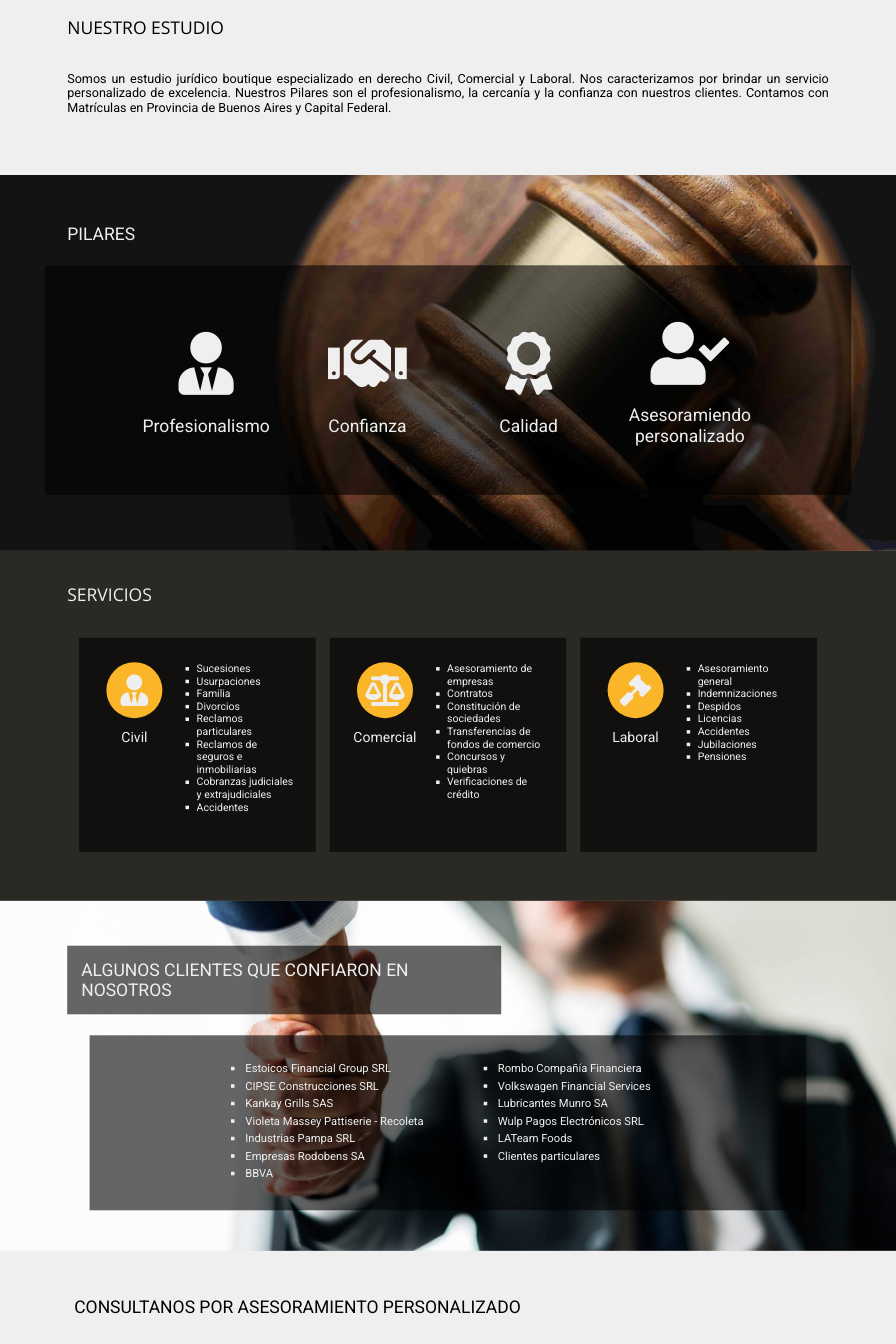
Repository: r-urchi/SML
Page: index.html
An editor plug-in stored every save of this project. The page is shown before and after a run of saves, followed by the edit.
The browser window is 1280 px wide. The pictures show the part of the page from y = 870 to 2790 px (the page is 3474 px tall before and 3446 px after), at 70% of full size.
Some web libraries are served in a nearby version. The style sheet was rebuilt from its Sass, Less or Tailwind sources for each picture, by a compiler version that may differ from the author's.

Above is the page before, as saved 2021-01-24 11:47:45.

After the next 2 saves:
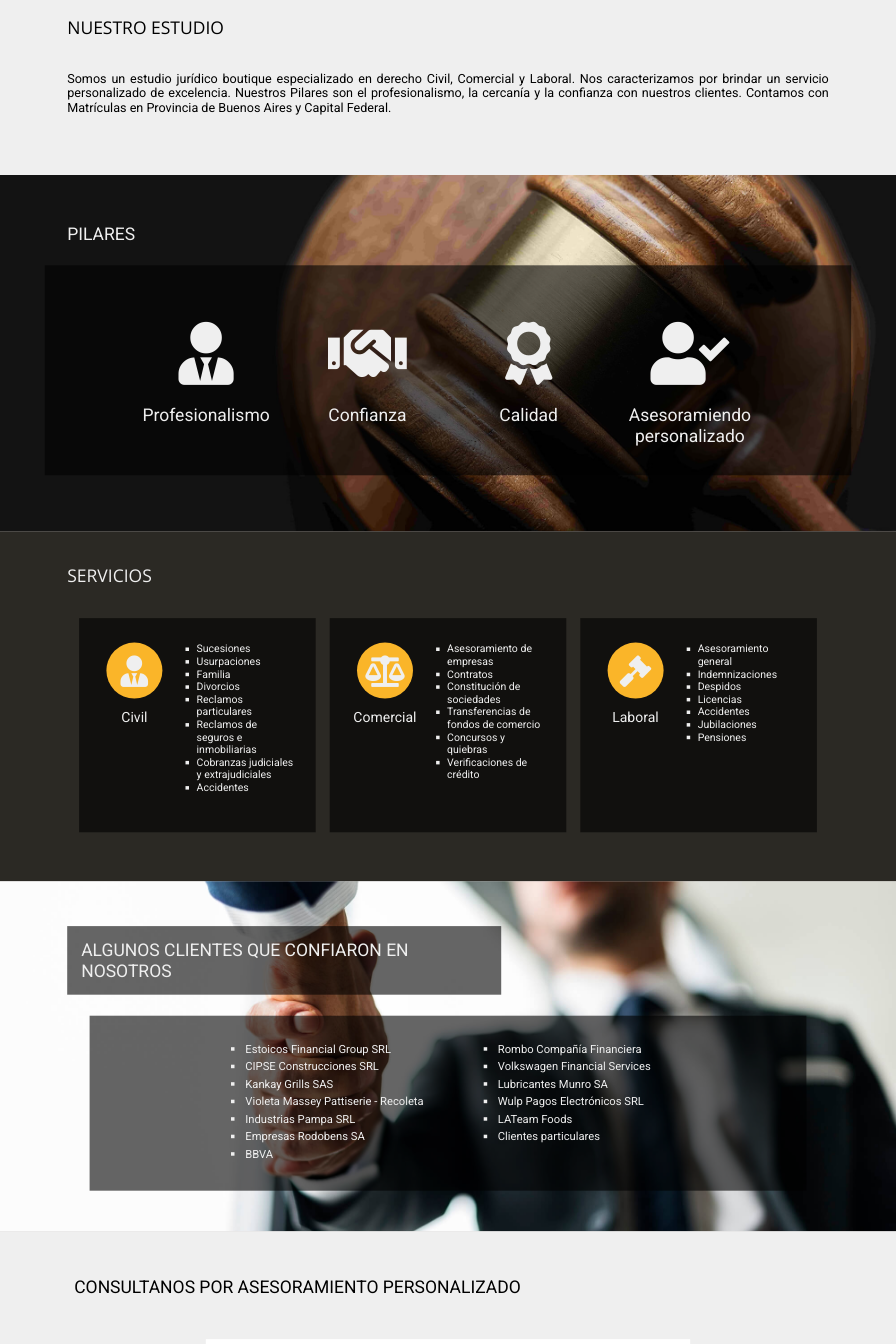
The 2 saves are shown as one change because they came seconds apart.
The last was saved 15 s later.
--- a/css/_pilares.sass
+++ b/css/_pilares.sass
@@ -61,6 +61,7 @@
                 text-align: center
                 p
                     font-size: 14px
+                    height: 30px
                     color: #efefef
                 span
                     width: 70px
